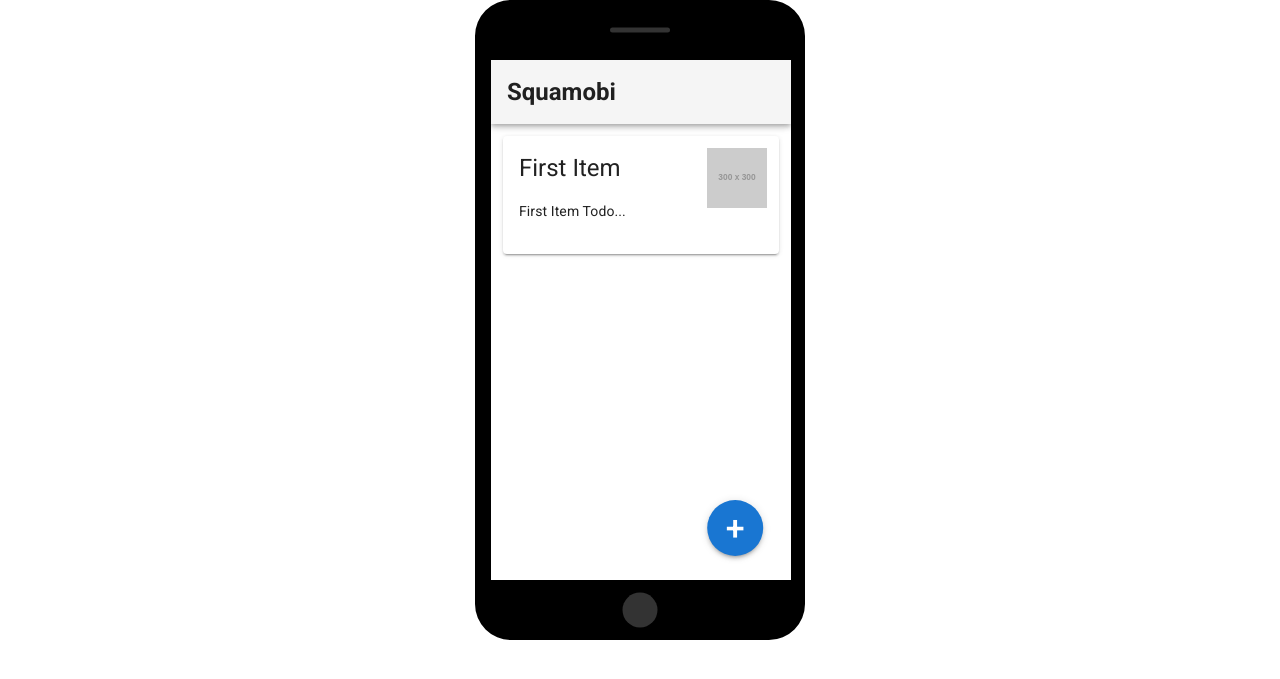
Repository: Keepnox/squamobi-interview
Page: /
An editor plug-in stored every save of this project. The page is shown before and after the next save, followed by the edit.
The browser window is 1280 px wide. The pictures show the whole page.
Pictures or frames that could not be fetched are drawn as grey boxes. The project was rebuilt for these pictures with package versions that can differ from the ones it lists, and the page was loaded fresh each time. Also part of the build but not shown: vue.config.js. Imported but missing from the stored project, and not drawn on this page: src/views/About.vue.

Above is the page before, as saved 2022-01-17 00:37:47.

After the next save:
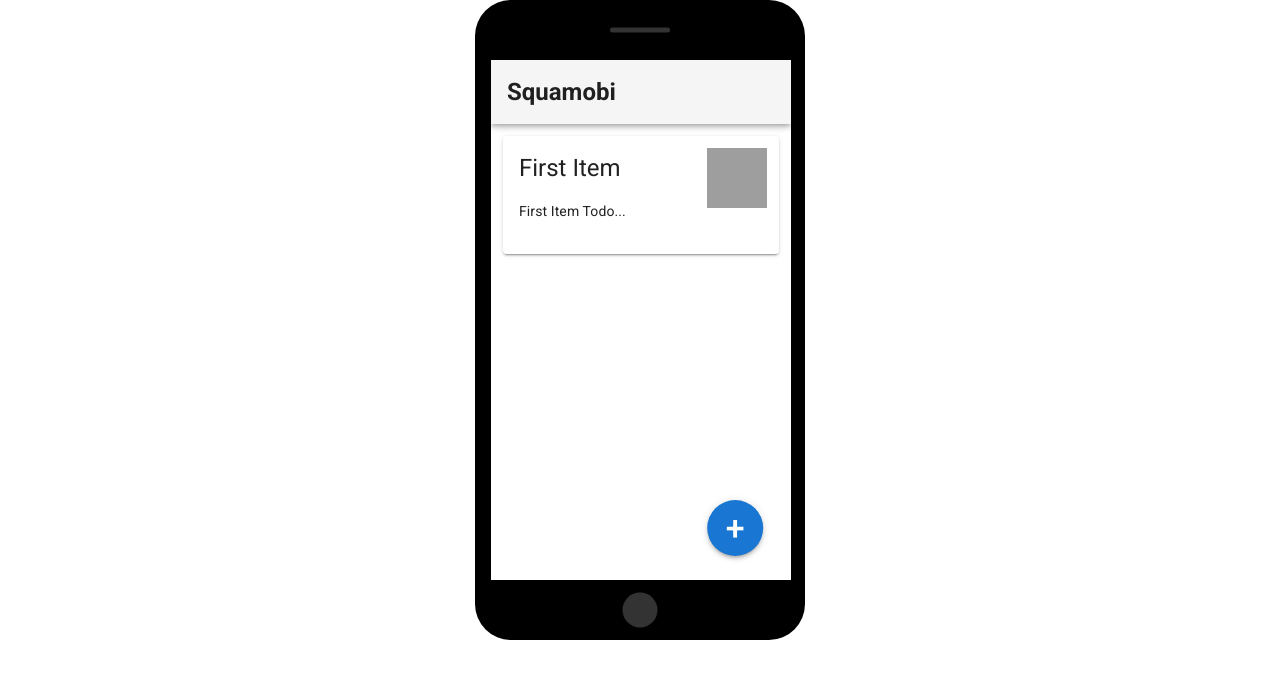
Saved 51 s later.
--- a/src/components/TodoItem.vue
+++ b/src/components/TodoItem.vue
@@ -14,7 +14,7 @@
           size="60"
           tile
         >
-          <v-img src="http://placehold.it/300"></v-img>
+          <v-img :src="image"></v-img>
         </v-avatar>
       </div>
     </v-card>
